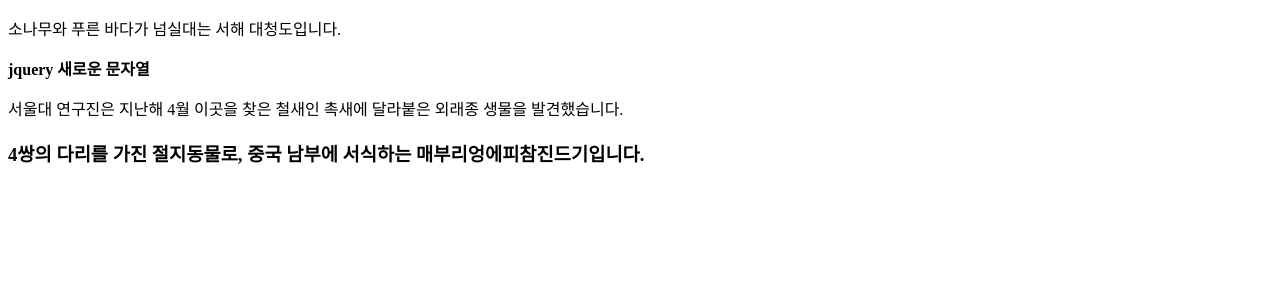
Repository: suhong99/JqueryLecture
Page: sample01/src/main/webapp/index.html
These files come from the project's save history. The page is drawn as it stood at one moment and after the next save; the edit follows.
The browser window is 1280 px wide. The pictures show the whole page.

Above is the page before, as saved 2023-06-26 02:02:55.

### sample01/src/main/webapp/index.html
<!DOCTYPE html>
<html>
<head>
<meta charset="UTF-8">
<title>Insert title here</title>
<!--  <script src="https://ajax.googleapis.com/ajax/libs/jquery/3.6.4/jquery.min.js"> </script> -->
<!--     <script src="./jquery.min.js"></script>
 -->
   <script src="https://code.jquery.com/jquery-3.6.4.min.js"></script>

</head>
<body>
<!--
		Jquery : Java script 경량화, 간략화
					Ajax (비동기 통신) == xhttp

		Jquery-UI
		document.getElementById(아이디)

		DOM(Document Object Model) - Javascript
		document.getElementById(아이디).innerHTML.value

		$(tag 또는 id 또는 class 또는 name).핸들러함수(매개변수)
										.load()


-->

<p>소나무와 푸른 바다가 넘실대는 서해 대청도입니다. </p>
<p id="demo">많은 철새가 대청도를 거쳐 남북을 오고 갑니다. </p>
<p class ="cls">서울대 연구진은 지난해 4월 이곳을 찾은 철새인 촉새에 달라붙은 외래종 생물을 발견했습니다.</p>
<h3 class='cls'>4쌍의 다리를 가진 절지동물로, 중국 남부에 서식하는 매부리엉에피참진드기입니다.</h3>

<script type="text/javascript">
/* 	let arrPtag= document.getElementsByTagName("p");
	for(i=0;i<arrPtag.length;i++){
		arrPtag[i].innerHTML = "새로운 문자열";
	}
 */
/*  $("p").html("새로운 문자열"); */
 $(document).ready(function(){
	//	 $("p").text("jquery text 새로운 문자열"); /* == innerText  */
	$("#demo").html("<b>jquery 새로운 문자열</b>")
 });
</script>
</body>
</html>

After the next save:
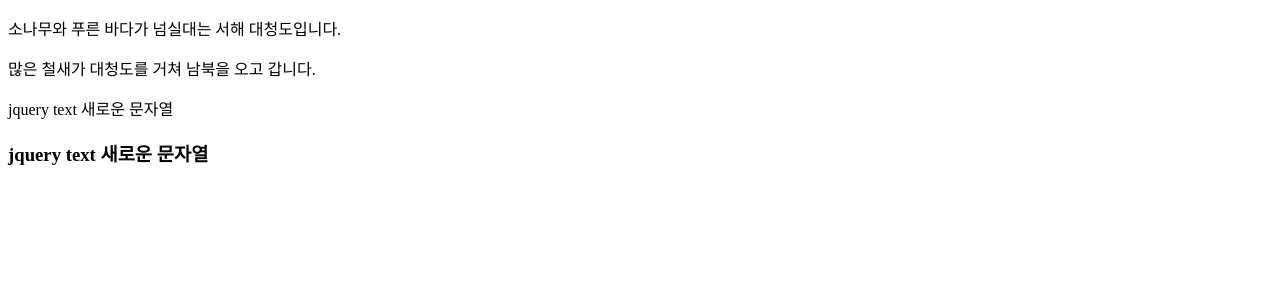
Saved 98 s later.
--- a/sample01/src/main/webapp/index.html
+++ b/sample01/src/main/webapp/index.html
@@ -40,7 +40,8 @@
 /*  $("p").html("새로운 문자열"); */
  $(document).ready(function(){
 	//	 $("p").text("jquery text 새로운 문자열"); /* == innerText  */
-	$("#demo").html("<b>jquery 새로운 문자열</b>")
+	// $("#demo").html("<b>jquery 새로운 문자열</b>")
+	 $(".cls").text("jquery text  새로운 문자열");
  });
 </script>
 </body>
